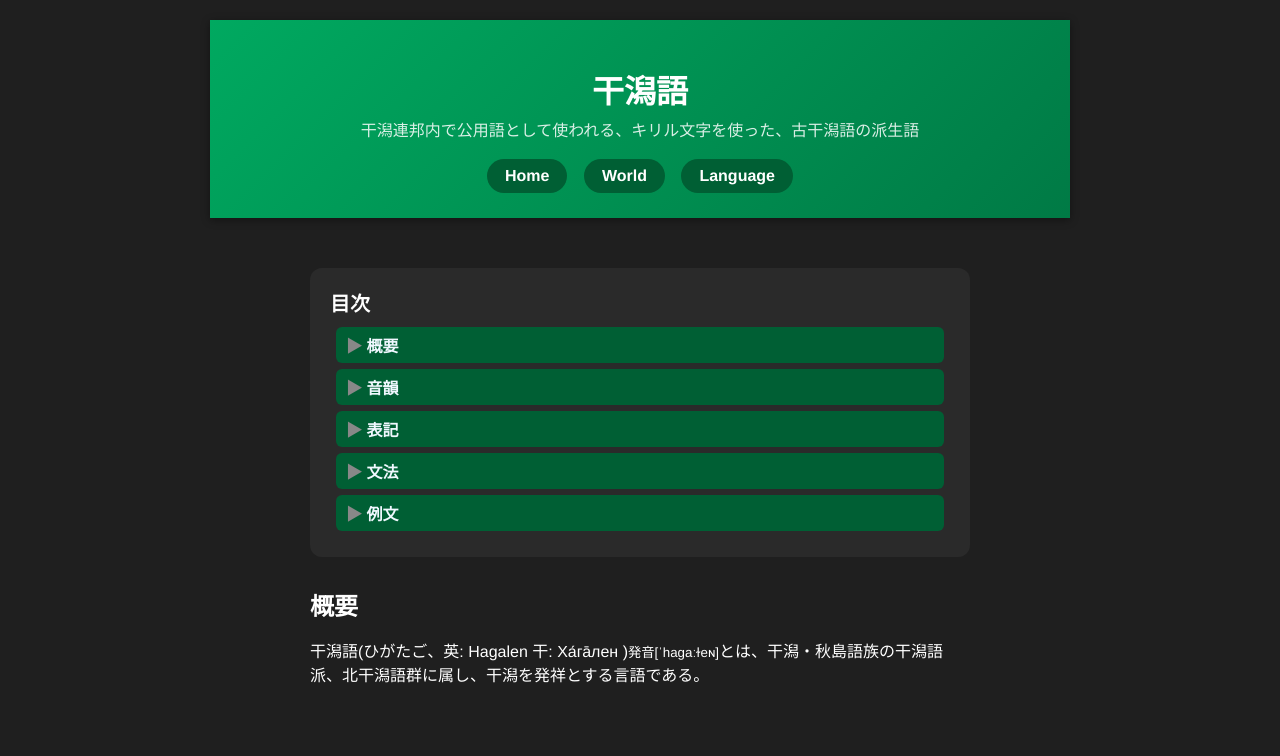
Repository: Player5270-antake/Player5270-antake.github.io
Page: language/hagalen/index.html
An editor plug-in stored every save of this project. The page is shown before and after the next save, followed by the edit.
The browser window is 1280 px wide. The pictures show the whole page.

Above is the page before, as saved 2026-03-08 13:03:28.

After the next save:
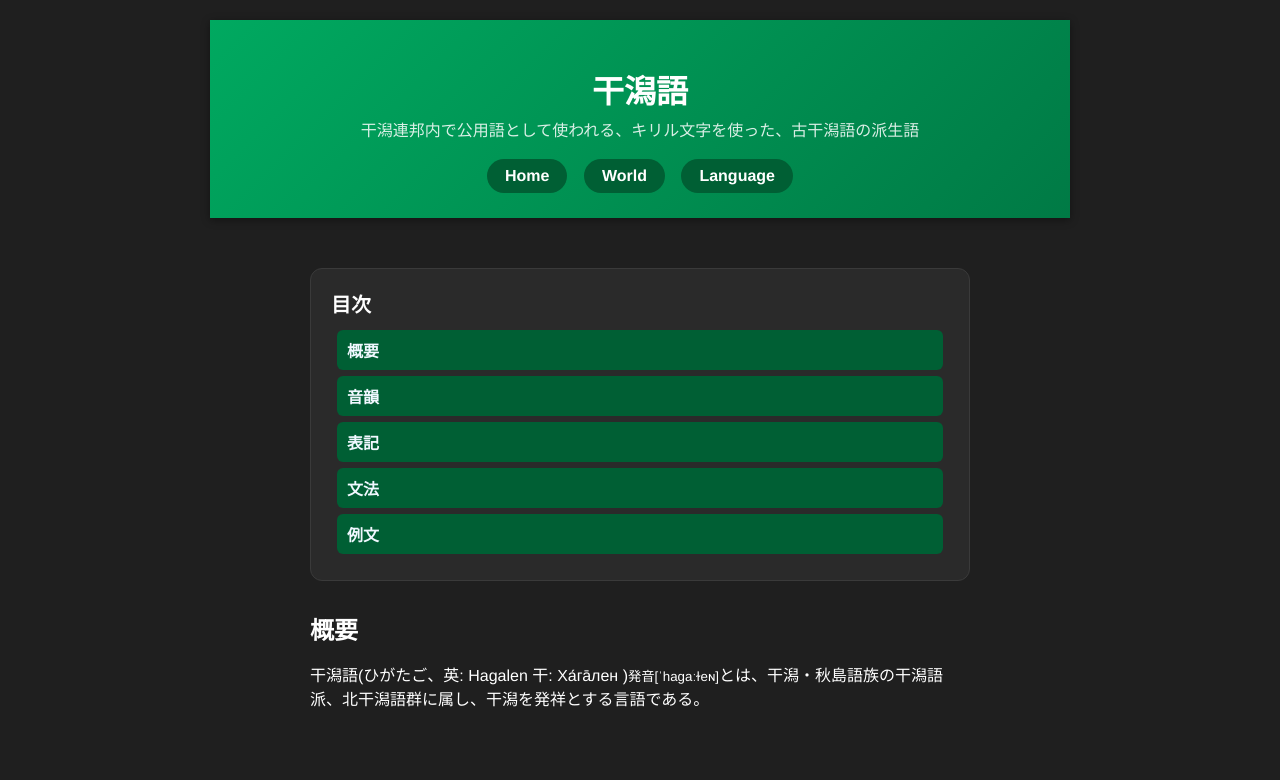
Saved 2 min 29 s later.
--- a/css/style.css
+++ b/css/style.css
@@ -168,20 +168,21 @@ footer{
 /*ページ目次欄*/
 .toc{
     background:#2a2a2a;
-    padding:20px;
     border-radius:12px;
+    padding:20px;
     margin:30px 0;
+    border:1px solid #3a3a3a;
 }
 
 .toc h2{
     margin-top:0;
-    margin-bottom:10px;
+    margin-bottom:12px;
     font-size:20px;
 }
 
 .toc ul{
     list-style:none;
-    padding-left:0;
+    padding:0;
     margin:0;
 }
 
@@ -191,18 +192,14 @@ footer{
 
 .toc a{
     display:block;
-    padding:6px 10px;
+    padding:8px 10px;
     border-radius:6px;
     text-decoration:none;
     color:aliceblue;
-    transition:background 0.2s;
+    transition:all 0.2s;
 }
 
 .toc a:hover{
     background:#333;
-}
-
-.toc a::before{
-    content:"▶ ";
-    color:#888;
-}
+    transform:translateX(3px);
+}
